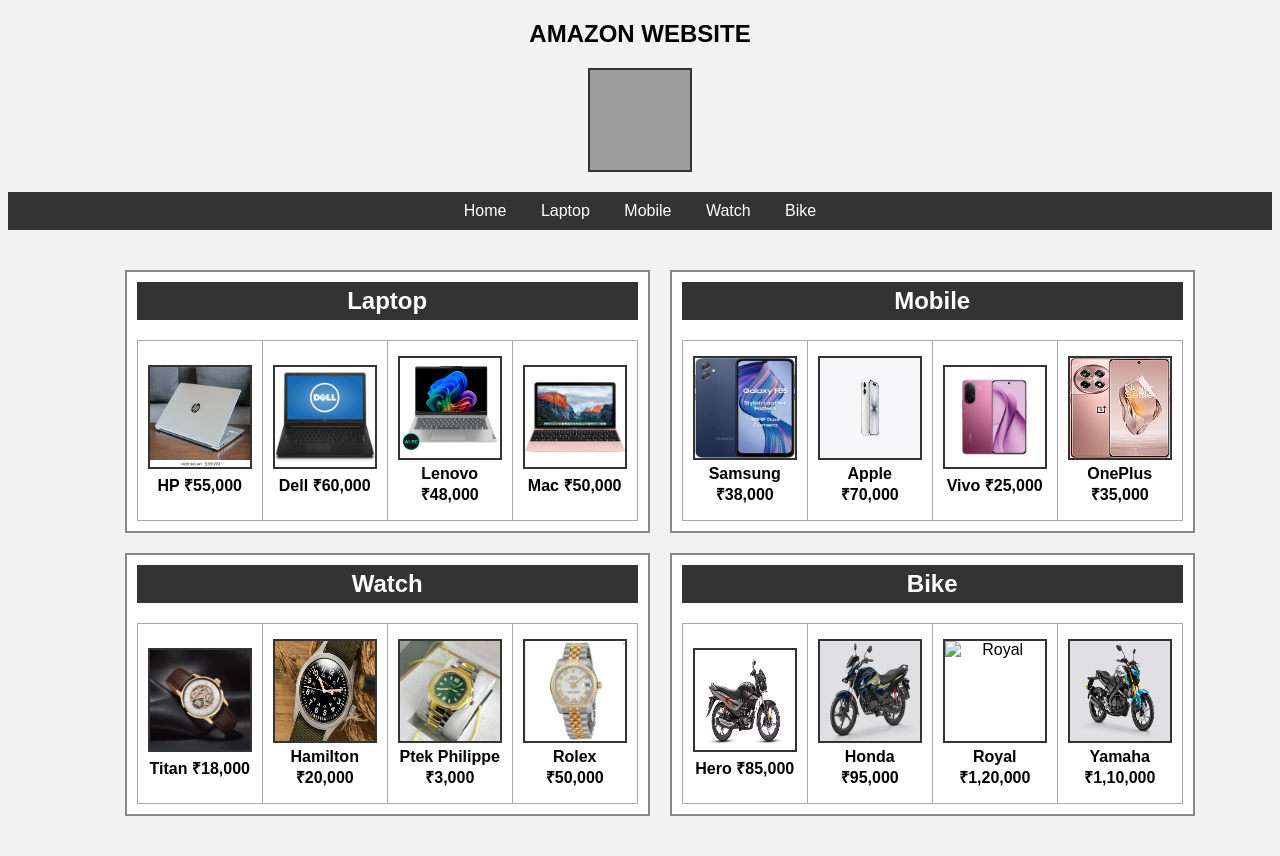
Repository: Glory998/ELCE1-32
Page: amazonitems.html
These files come from the project's save history. The page is drawn as it stood at one moment and after the next save; the edit follows.
The browser window is 1280 px wide. The pictures show the whole page.
Pictures or frames that could not be fetched are drawn as grey boxes.

Above is the page before, as saved 2025-11-08 13:24:13.
Not found: royal bike.webpp

After the next save:
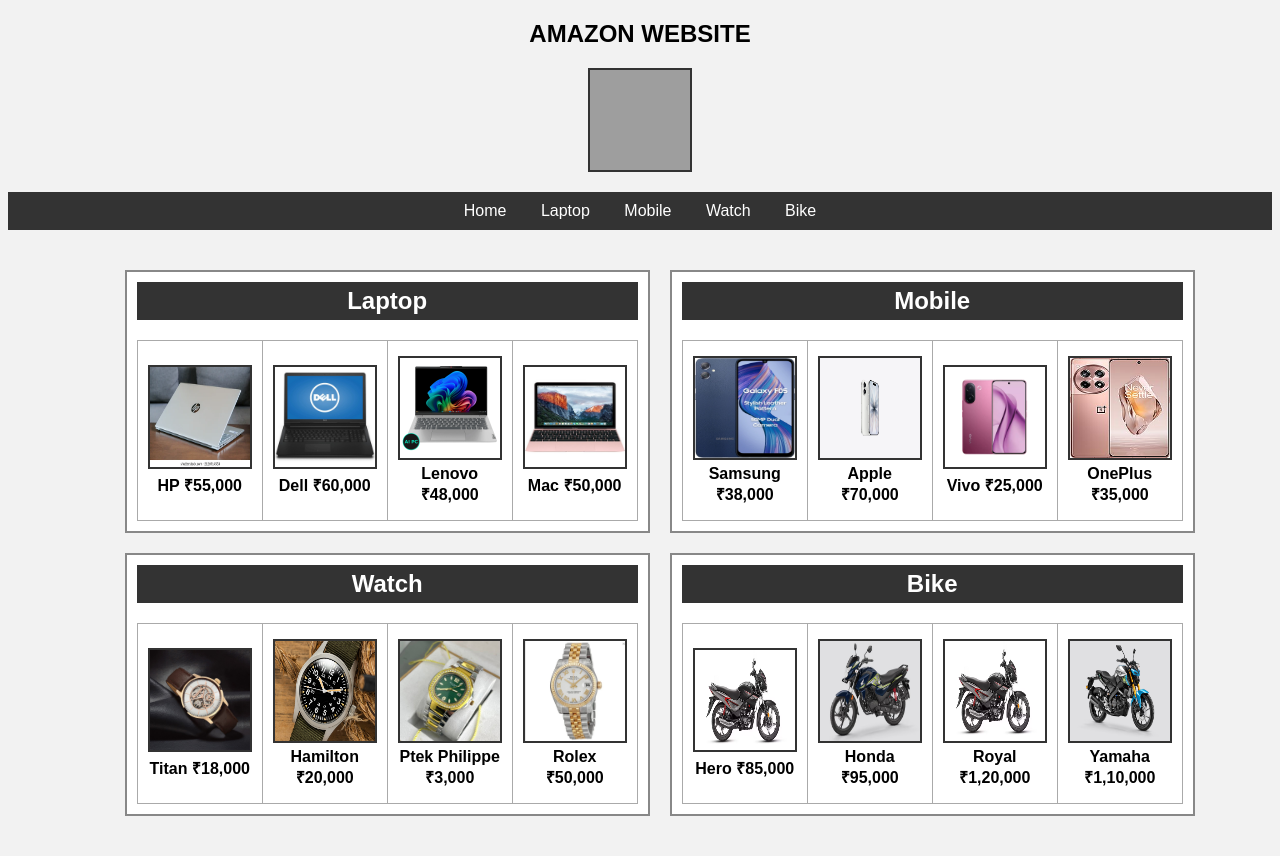
Saved 52 s later.
--- a/amazonitems.html
+++ b/amazonitems.html
@@ -190,7 +190,7 @@
         <tr>
           <td><img src="hero bike.avif" alt="Hero"><p>Hero ₹85,000</p></td>
           <td><img src="honda bike - Copy.avif" alt="Honda"><p>Honda ₹95,000</p></td>
-          <td><img src="royal bike.webpp" alt="Royal"><p>Royal ₹1,20,000</p></td>
+          <td><img src="hero bike.avif" alt="Royal"><p>Royal ₹1,20,000</p></td>
           <td><img src="yamaha bike.avif" alt="Yamaha"><p>Yamaha ₹1,10,000</p></td>
         </tr>
       </table>
